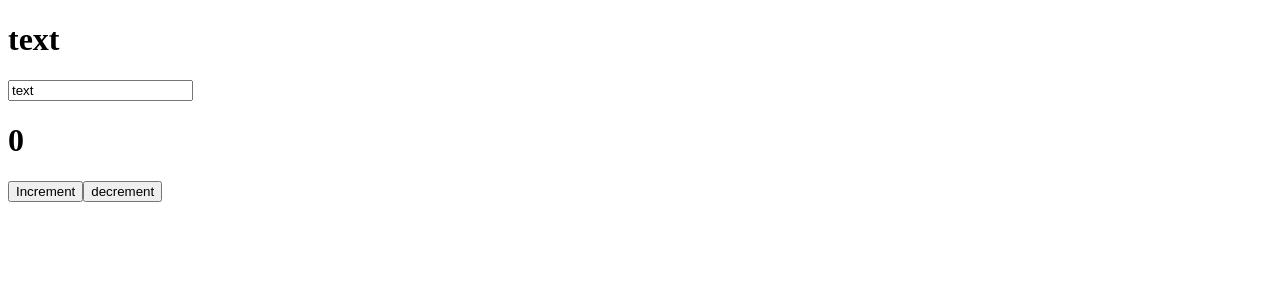
Repository: tsydikov/reactTodo
Page: /
The author's editor kept a copy of each file at every save. The page is drawn from the files as they stood at one save, then again after the next save.
The browser window is 1280 px wide. The pictures show the whole page.
The project was rebuilt for these pictures with package versions that can differ from the ones it lists, and the page was loaded fresh each time. Also part of the build but not shown: src/components/Counter.jsx.

Above is the page before, as saved 2021-08-29 11:25:08.

After the next save:
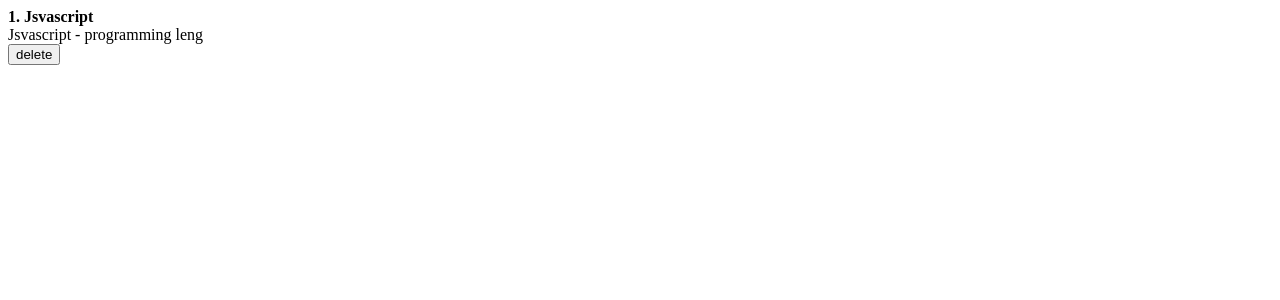
Saved 5 min 34 s later.
--- a/src/App.js
+++ b/src/App.js
@@ -6,13 +6,17 @@ function App() {
   const [value,setValue] = useState('text')
   return (
     <div className="App">
-      <h1>{value}</h1>
-      <input
-        type="text"
-        value={value}
-        onChange={event =>setValue(event.target.value)}
-      />
-      <ClassComponent />
+      <div className="post">
+        <div className="post__content">
+          <strong>1. Jsvascript</strong>
+          <div>
+            Jsvascript - programming leng
+          </div>
+        </div>
+        <div className="post__btn">
+          <button>delete</button>
+        </div>
+      </div>
     </div>
   );
 }
